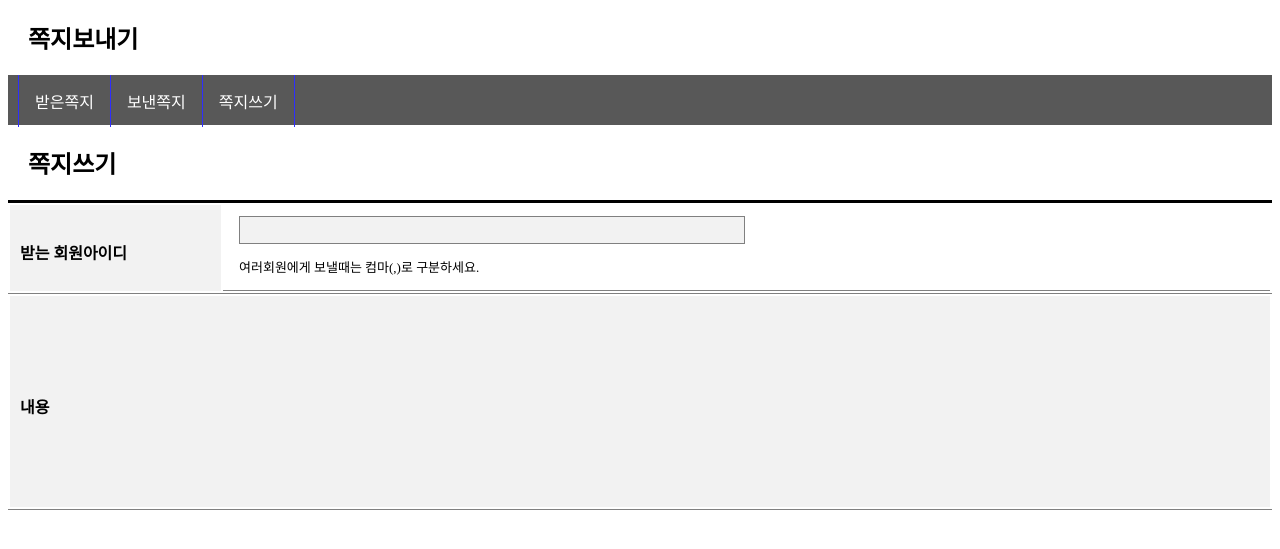
Repository: ks12b0000/JSP-School-Class
Page: chap10_JSP/src/main/webapp/Test/sendMessage.html
The author's editor kept a copy of each file at every save. The page is drawn from the files as they stood at one save, then again after the next save.
The browser window is 1280 px wide. The pictures show the whole page.

Above is the page before, as saved 2022-06-04 11:31:49.

After the next save:
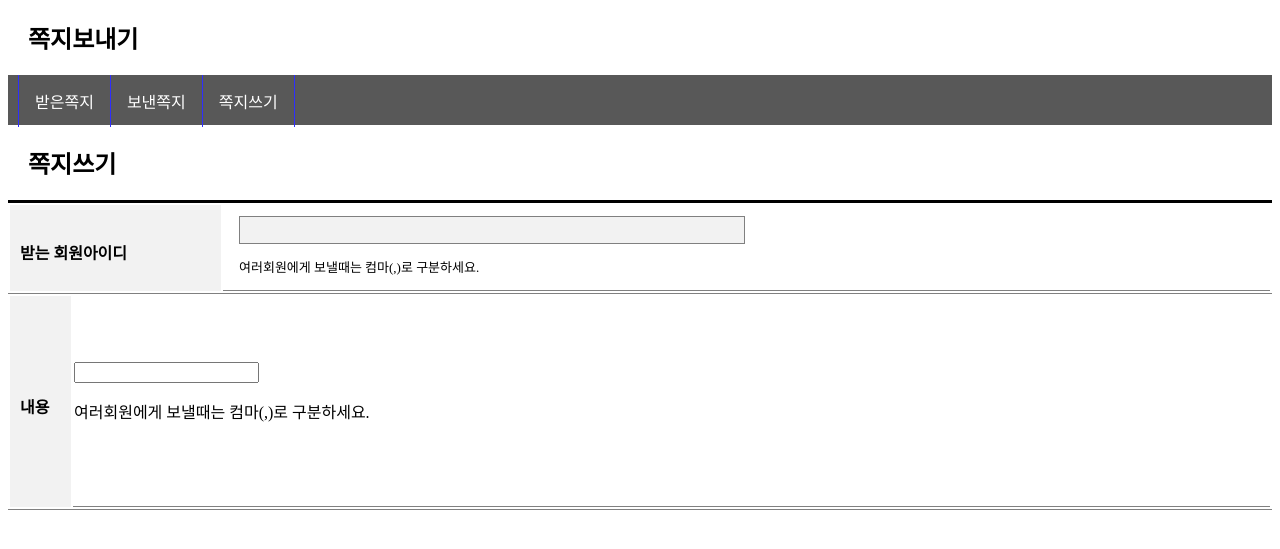
Saved 56 s later.
--- a/chap10_JSP/src/main/webapp/Test/sendMessage.html
+++ b/chap10_JSP/src/main/webapp/Test/sendMessage.html
@@ -25,6 +25,7 @@
 	<table class="Profile4">
 		<tr>
 			<th id="id13"><strong>내용</strong></th>
+			<td><input type="text" /><br/><p>여러회원에게 보낼때는 컴마(,)로 구분하세요.</p></td>
 		</tr>
 	</table>
 </body>
